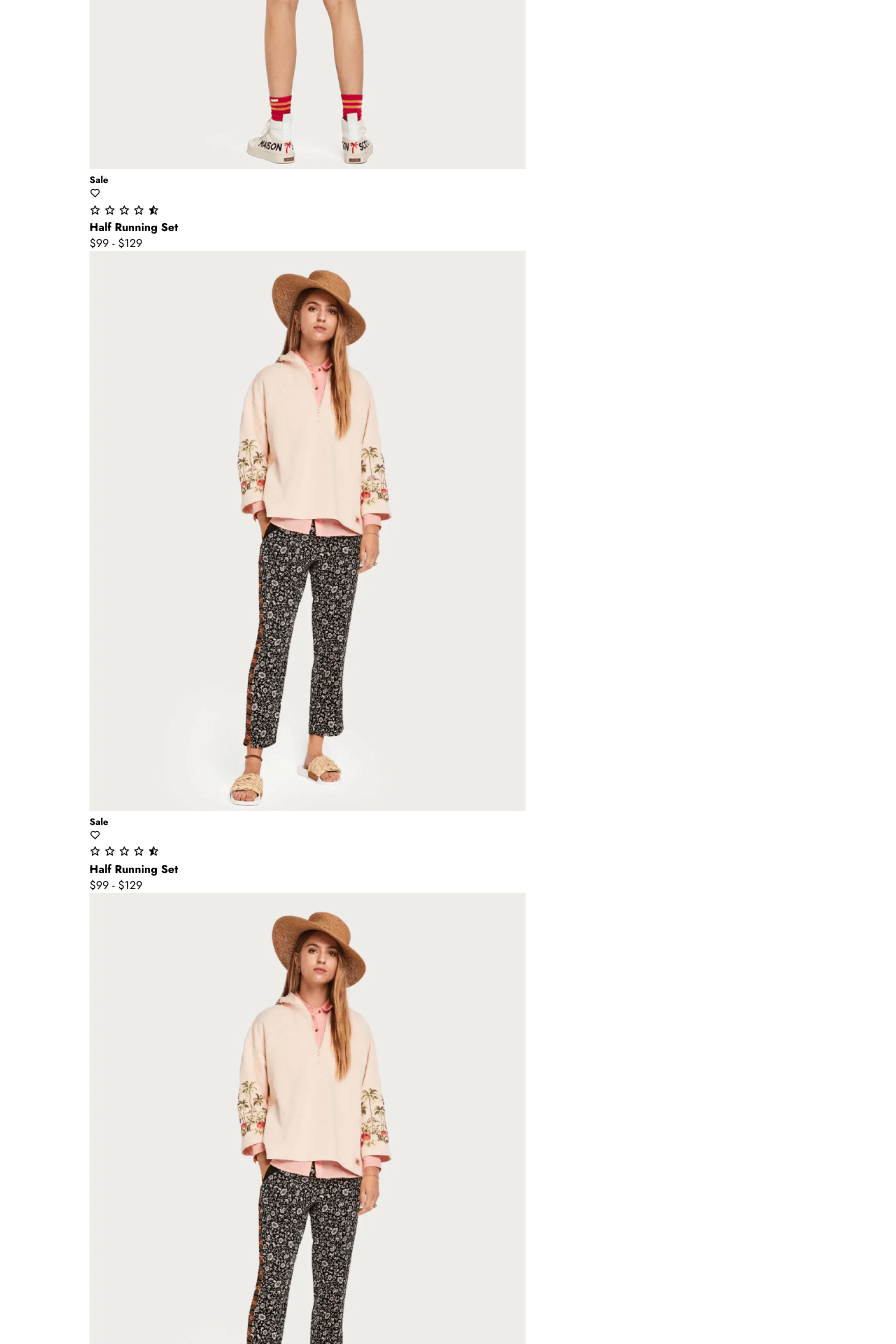
Repository: isaacCodes1/Kumo-Website.
Page: index.html
The author's editor kept a copy of each file at every save. The page is drawn from the files as they stood at one save, then again after a run of saves.
The browser window is 1280 px wide. The pictures show the part of the page from y = 4129 to 6049 px (the page is 9136 px tall before and 9117 px after), at 70% of full size.

Above is the page before, as saved 2024-03-22 13:26:57.

### index.html
<!DOCTYPE html>
<html lang="en">
  <head>
    <meta charset="UTF-8" />
    <meta http-equiv="X-UA-Compatible" content="IE=edge" />
    <meta name="viewport" content="width=device-width, initial-scale=1.0" />
    <!-- CSS Custom Link -->
    <link rel="stylesheet" href="style.css" />
    <link rel="preconnect" href="https://fonts.googleapis.com" />
    <link rel="preconnect" href="https://fonts.gstatic.com" crossorigin />
    <link
      href="https://fonts.googleapis.com/css2?family=Bricolage+Grotesque:opsz,wght@12..96,200..800&family=Jost:ital,wght@0,100..900;1,100..900&family=Montserrat:ital,wght@0,100..900;1,100..900&family=Poppins:ital,wght@0,100;0,200;0,300;0,400;0,500;0,600;0,700;0,800;0,900;1,100;1,200;1,300;1,400;1,500;1,600;1,700;1,800;1,900&display=swap"
      rel="stylesheet"
    />
    <link
      rel="stylesheet"
      href="https://cdnjs.cloudflare.com/ajax/libs/font-awesome/6.5.1/css/all.min.css"
      integrity="sha512-DTOQO9RWCH3ppGqcWaEA1BIZOC6xxalwEsw9c2QQeAIftl+Vegovlnee1c9QX4TctnWMn13TZye+giMm8e2LwA=="
      crossorigin="anonymous"
      referrerpolicy="no-referrer"
    />
    <link
      rel="stylesheet"
      href="https://unpkg.com/boxicons@latest/css/boxicons.min.css"
    />

    <title>My fashion Website.</title>
  </head>
  <body>
    <header>
      <a href="#" class="logo"><img src="Assets/logo.png" alt="" /></a>
      <ul class="navmenu">
        <li><a href="#">Home</a></li>
        <li><a href="#">Shop</a></li>
        <li><a href="#">Products</a></li>
        <li><a href="#">Page</a></li>
        <li><a href="#">Docs</a></li>
        <li><a href="#">FAQ's</a></li>
      </ul>
      <div class="nav-icon">
        <a href="#"><i class="bx bx-search"></i></a>
        <a href="#"><i class="bx bx-user"></i></a>
        <a href="#"><i class="bx bx-cart"></i></a>
        <div class="bx bx-menu" id="menu-icon"></div>
      </div>
    </header>
    <section class="main-home">
      <div class="main-text">
        <h5>Winter Collection</h5>
        <h1>New Winter <br />Collection 2024</h1>
        <p>There's Nothing like Trend...</p>
        <a href="#" class="main-btn"
          >Shop Now<i class="bx bx-right-arrow-alt"></i
        ></a>
      </div>
      <div class="down-arrow">
        <a href="#trending" class="down"
          ><i class="bx bx-down-arrow-alt"></i
        ></a>
      </div>
    </section>
    <!-- <trending-products-section-->
        <section class="trending-product"id="trending">
            <div class="center-text">
                <h2>Our Trending <span>Products</span></h2>
            </div>
            <div class="products">
                <div class="row">
                    <img src="/Assets/1.jpg" alt="">
                    <div class="product-text">
                        <h5>Sale</h5>
                    </div>
                    <div class="heart-icon">
                        <i class='bx bx-heart' ></i>
                    </div>
                    <div class="ratting">
                        <i class='bx bx-star' ></i>
                        <i class='bx bx-star' ></i>
                        <i class='bx bx-star' ></i>
                        <i class='bx bx-star' ></i>
                        <i class='bx bxs-star-half' ></i>
                    </div>
                    <div class="price">
                        <h4>Half Running Set</h4>
                        <p>$99 - $129</p>
                    </div>
                </div>
                <div class="row">
                    <img src="/Assets/1.jpg" alt="">
                    <div class="product-text">
                        <h5>Sale</h5>
                    </div>
                    <div class="heart-icon">
                        <i class='bx bx-heart' ></i>
                    </div>
                    <div class="ratting">
                        <i class='bx bx-star' ></i>
                        <i class='bx bx-star' ></i>
                        <i class='bx bx-star' ></i>
                        <i class='bx bx-star' ></i>
                        <i class='bx bxs-star-half' ></i>
                    </div>
                    <div class="price">
                        <h4>Half Running Set</h4>
                        <p>$99 - $129</p>
                    </div>
                </div>
                <div class="row">
                    <img src="/Assets/2.jpg" alt="">
                    <div class="product-text">
                        <h5>New</h5>
                    </div>
                    <div class="heart-icon">
                        <i class='bx bx-heart' ></i>
                    </div>
                    <div class="ratting">
                        <i class='bx bx-star' ></i>
                        <i class='bx bx-star' ></i>
                        <i class='bx bx-star' ></i>
                        <i class='bx bx-star' ></i>
                        <i class='bx bxs-star-half' ></i>
                    </div>
                    <div class="price">
                        <h4>Formal Men Lowers</h4>
                        <p>$99 - $129</p>
                    </div>
                </div>
                <div class="row">
                    <img src="/Assets/3.jpg" alt="">
                    <div class="product-text">
                        <h5>Sale</h5>
                    </div>
                    <div class="heart-icon">
                        <i class='bx bx-heart' ></i>
                    </div>
                    <div class="ratting">
                        <i class='bx bx-star' ></i>
                        <i class='bx bx-star' ></i>
                        <i class='bx bx-star' ></i>
                        <i class='bx bx-star' ></i>
                        <i class='bx bxs-star-half' ></i>
                    </div>
                    <div class="price">
                        <h4>Half Running Set</h4>
                        <p>$99 - $129</p>
                    </div>
                </div>
                <div class="row">
                    <img src="/Assets/1.jpg" alt="">
                    <div class="product-text">
                        <h5>Sale</h5>
                    </div>
                    <div class="heart-icon">
                        <i class='bx bx-heart' ></i>
                    </div>
                    <div class="ratting">
                        <i class='bx bx-star' ></i>
                        <i class='bx bx-star' ></i>
                        <i class='bx bx-star' ></i>
                        <i class='bx bx-star' ></i>
                        <i class='bx bxs-star-half' ></i>
                    </div>
                    <div class="price">
                        <h4>Half Running Set</h4>
                        <p>$99 - $129</p>
                    </div>
                </div>
                <div class="row">
                    <img src="/Assets/1.jpg" alt="">
                    <div class="product-text">
                        <h5>Sale</h5>
                    </div>
                    <div class="heart-icon">
                        <i class='bx bx-heart' ></i>
                    </div>
                    <div class="ratting">
                        <i class='bx bx-star' ></i>
                        <i class='bx bx-star' ></i>
                        <i class='bx bx-star' ></i>
                        <i class='bx bx-star' ></i>
                        <i class='bx bxs-star-half' ></i>
                    </div>
                    <div class="price">
                        <h4>Half Running Set</h4>
                        <p>$99 - $129</p>
                    </div>
                </div>
                <div class="row">
                    <img src="/Assets/1.jpg" alt="">
                    <div class="product-text">
                        <h5>Sale</h5>
                    </div>
                    <div class="heart-icon">
                        <i class='bx bx-heart' ></i>
                    </div>
                    <div class="ratting">
                        <i class='bx bx-star' ></i>
                        <i class='bx bx-star' ></i>
                        <i class='bx bx-star' ></i>
                        <i class='bx bx-star' ></i>
                        <i class='bx bxs-star-half' ></i>
                    </div>
                    <div class="price">
                        <h4>Half Running Set</h4>
                        <p>$99 - $129</p>
                    </div>
                </div>
                <div class="row">
                    <img src="/Assets/1.jpg" alt="">
                    <div class="product-text">
                        <h5>Sale</h5>
                    </div>
                    <div class="heart-icon">
                        <i class='bx bx-heart' ></i>
                    </div>
                    <div class="ratting">
                        <i class='bx bx-star' ></i>
                        <i class='bx bx-star' ></i>
                        <i class='bx bx-star' ></i>
                        <i class='bx bx-star' ></i>
                        <i class='bx bxs-star-half' ></i>
                    </div>
                    <div class="price">
                        <h4>Half Running Set</h4>
                        <p>$99 - $129</p>
                    </div>
                </div>
                <div class="row">
                    <img src="/Assets/1.jpg" alt="">
                    <div class="product-text">
                        <h5>Sale</h5>
                    </div>
                    <div class="heart-icon">
                        <i class='bx bx-heart' ></i>
                    </div>
                    <div class="ratting">
                        <i class='bx bx-star' ></i>
                        <i class='bx bx-star' ></i>
                        <i class='bx bx-star' ></i>
                        <i class='bx bx-star' ></i>
                        <i class='bx bxs-star-half' ></i>
                    </div>
                    <div class="price">
                        <h4>Half Running Set</h4>
                        <p>$99 - $129</p>
                    </div>
                </div>
            </div>
        </section>
  </body>
</html>

### style.css
* {
  margin: 0;
  padding: 0;
  box-sizing: border-box;
  scroll-behavior: smooth;
  font-family: "Jost", sans-serif;
  list-style-type: none;
  text-decoration: none;
}
header {
  position: fixed;
  width: 100%;
  top: 0;
  right: 0;
  z-index: 1000;
  display: flex;
  align-items: center;
  justify-content: space-between;
  padding: 20px 10%;
}
.logo img {
  max-width: 120px;
  height: auto;
}
.navmenu {
  display: flex;
}
.navmenu li :hover {
  background: #000;
}
.navmenu a {
  color: #2c2c2c;
  font-size: 16px;
  text-transform: capitalize;
  padding: 10px 20px;
  font-weight: 400;
  transition: all 0.42s ease;
}
.navmenu a:hover {
  color: #ee1c47;
}
.nav-icon {
  display: flex;
  align-items: center;
}
.nav-icon i {
  margin-right: 20px;
  color: #2c2c2c;
  font-size: 25px;
  font-weight: 400;
  transition: all 0.42s ease;
}
.nav-icon i:hover {
  transform: scale(1.05);
  color: #ee1c47;
}
#menu-icon {
  font-size: 35px;
  color: #2c2c2c;
  z-index: 10001;
  cursor: pointer;
}
section {
  padding: 5% 10%;
}
.main-home {
  width: 100%;
  height: 100vh;
  background-image: url(Assets/banner-3.png);
  background-position: center;
  background-size: cover;
  display: grid;
  grid-template-columns: repeat(1, 1fr);
  align-items: center;
}
.main-text h5 {
  color: #ee1c47;
  font-size: 16px;

  text-transform: capitalize;
  font-weight: 500;
}
.main-text h1 {
  color: #000;
  font-size: 65px;
  text-transform: capitalize;
  line-height: 1.1;
  font-weight: 600;
  margin: 6px 0 10px;
}
.main-text p{
    color: #333c56;
    font-size: 20px;
    font-style: italic;
    margin-bottom: 20px;
}
.main-btn{
    display: inline-block;
    color: #111;
    font-size: 16px;
    font-weight: 500;
    text-transform: capitalize;
    border: 2px solid#111;
    padding: 12px 25px;
    transition: all .42s ease;
}
.main-btn:hover{
    background: #000;
    color: #fff;
}
.main-btn i{
    vertical-align: middle;
}
.down-arrow{
    position: absolute;
    top: 85%;
    right: 11%;
}
.down i{
    font-size: 30px;
    color: #2c2c2c;
    border: 2px solid #2c2c2c;
    border-radius: 50px;
    padding: 12px 12px;
}
.down i:hover{
    background: #2c2c2c;
    color:#fff;
    transition: all .42s ease;
}

After the next 2 saves:
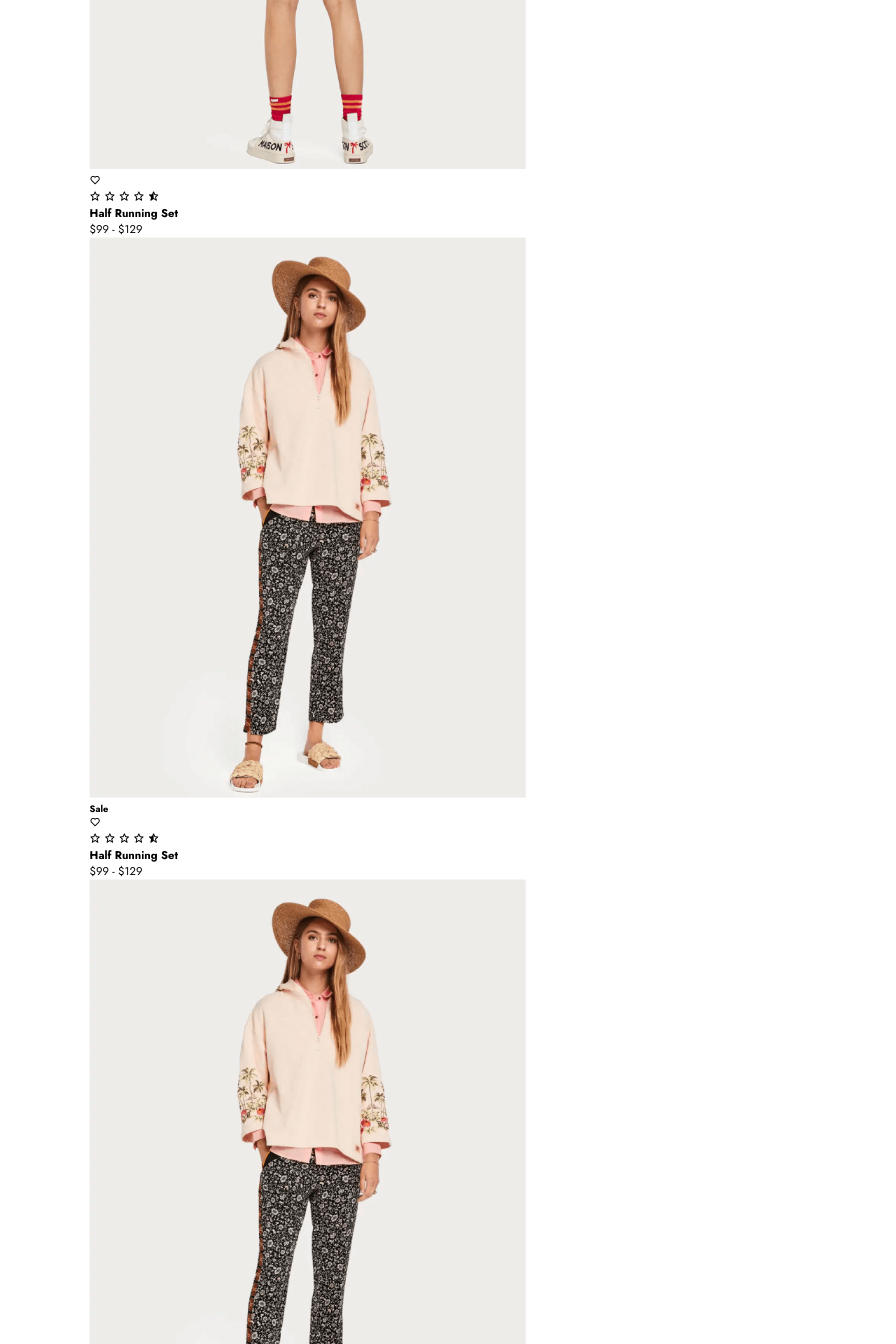
The 2 saves are shown as one change because they came seconds apart.
The last was saved 23 s later.
--- a/index.html
+++ b/index.html
@@ -127,9 +127,6 @@
                 </div>
                 <div class="row">
                     <img src="/Assets/3.jpg" alt="">
-                    <div class="product-text">
-                        <h5>Sale</h5>
-                    </div>
                     <div class="heart-icon">
                         <i class='bx bx-heart' ></i>
                     </div>
